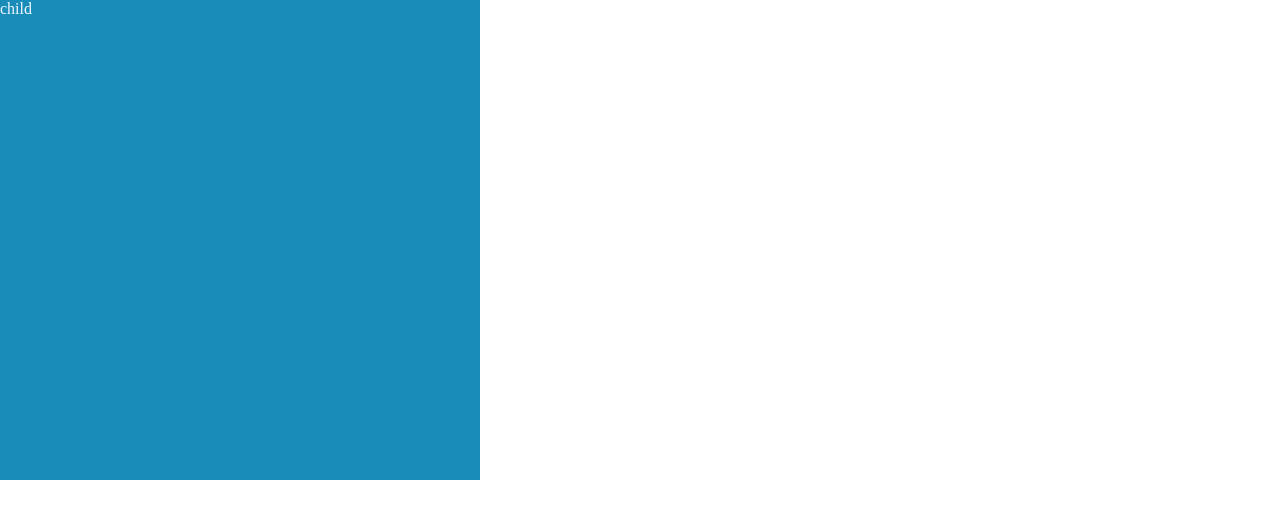
Repository: badhon252/revision
Page: Day-5/index.html
An editor plug-in stored every save of this project. The page is shown before and after the next save, followed by the edit.
The browser window is 1280 px wide. The pictures show the whole page.

Above is the page before, as saved 2022-02-11 22:44:02.

### Day-5/index.html
<!DOCTYPE html>
<html lang="en">

<head>
    <meta charset="UTF-8">
    <meta http-equiv="X-UA-Compatible" content="IE=edge">
    <meta name="viewport" content="width=device-width, initial-scale=1.0">
    <link rel="stylesheet" href="index.css">
    <title>animation</title>
</head>

<body>
    <div class="parent">
        <div class="child">child</div>
    </div>
</body>

</html>

### Day-5/index.css
* {
  margin: 0;
  padding: 0;
  box-sizing: border-box;
  color: aliceblue;
}

.parent {
  width: 30rem;
  height: 30rem;
  background-color: rgb(25, 140, 185);
}

.child {
  width: 15rem;
  height: 15rem;
}

After the next save:
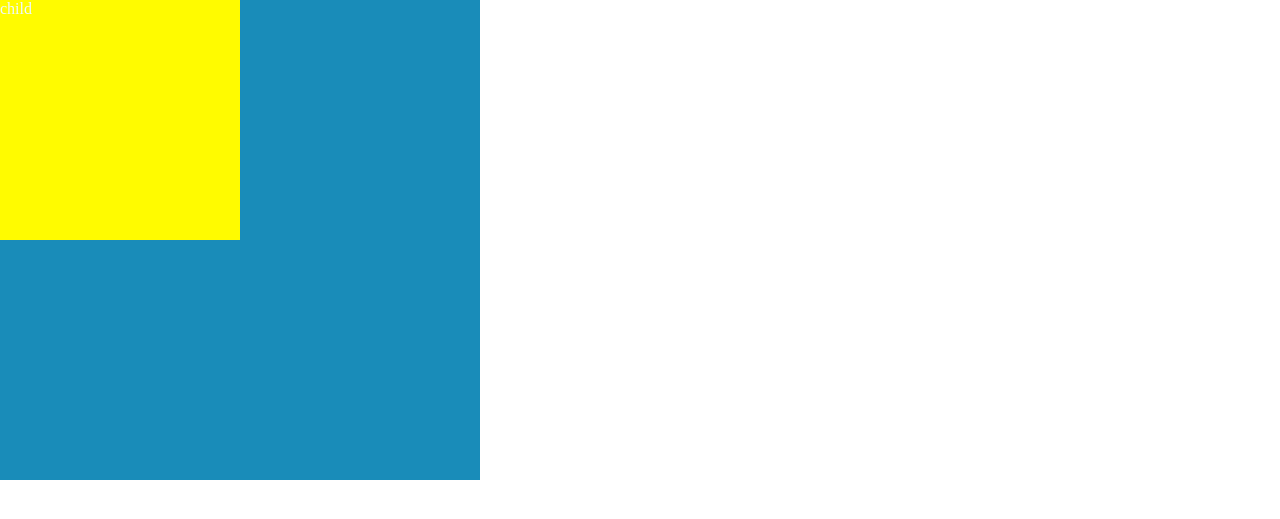
Saved 15 s later.
--- a/Day-5/index.css
+++ b/Day-5/index.css
@@ -14,4 +14,5 @@
 .child {
   width: 15rem;
   height: 15rem;
+  background-color: rgb(255, 251, 0);
 }
